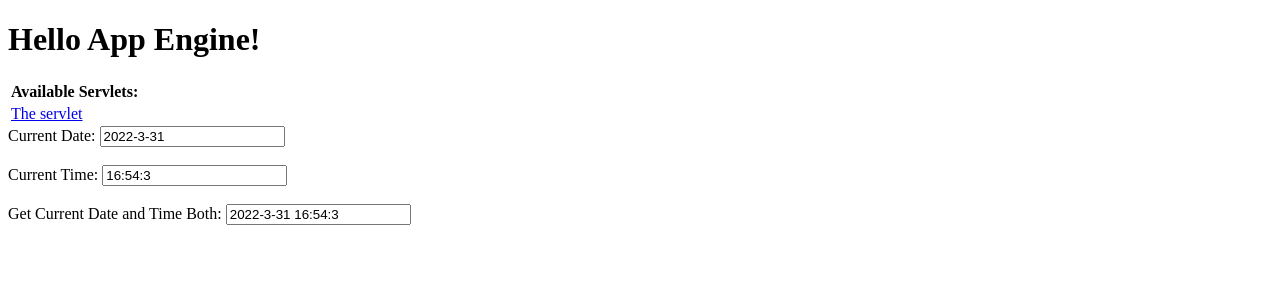
Repository: rishabparekh14/Servlet_GAE
Page: Clock/src/main/webapp/index.html
An editor plug-in stored every save of this project. The page is shown before and after the next save, followed by the edit.
The browser window is 1280 px wide. The pictures show the whole page.

Above is the page before, as saved 2022-03-31 22:28:51.

### Clock/src/main/webapp/index.html
<!DOCTYPE html>
<html xmlns="http://www.w3.org/1999/xhtml" lang="en">
  <head>
    <meta http-equiv="content-type" content="application/xhtml+xml; charset=UTF-8" />
    <title>Hello App Engine</title>
  </head>

  <body>
    <h1>Hello App Engine!</h1>

    <table>
      <tr>
        <td colspan="2" style="font-weight:bold;">Available Servlets:</td>
      </tr>
      <tr>
        <td><a href='/hello'>The servlet</a></td>
      </tr>
    </table>
Current Date:
<input type="text" id="currentDate">
<br><br>
<script>
  var today = new Date();
  var date = today.getFullYear()+'-'+(today.getMonth()+1)+'-'+today.getDate();
  document.getElementById("currentDate").value = date;
</script>
<!-- Current Time -->
	Current Time:
	<input type="text" id="currentTime">
	<br><br>

	<script>
	var today = new Date();
	var time = today.getHours() + ":" + today.getMinutes() + ":" + today.getSeconds();
	  document.getElementById("currentTime").value = time;
	</script>
	<!-- Current Date and Time -->

	Get Current Date and Time Both:
	<input type="text" id="currentDateTime">
	<br><br>
	<script>
	  var today = new Date();
	var date = today.getFullYear()+'-'+(today.getMonth()+1)+'-'+today.getDate();
	var time = today.getHours() + ":" + today.getMinutes() + ":" + today.getSeconds();
	var dateTime = date+' '+time;
	  document.getElementById("currentDateTime").value = dateTime;
	</script>
  </body>
</html>

After the next save:
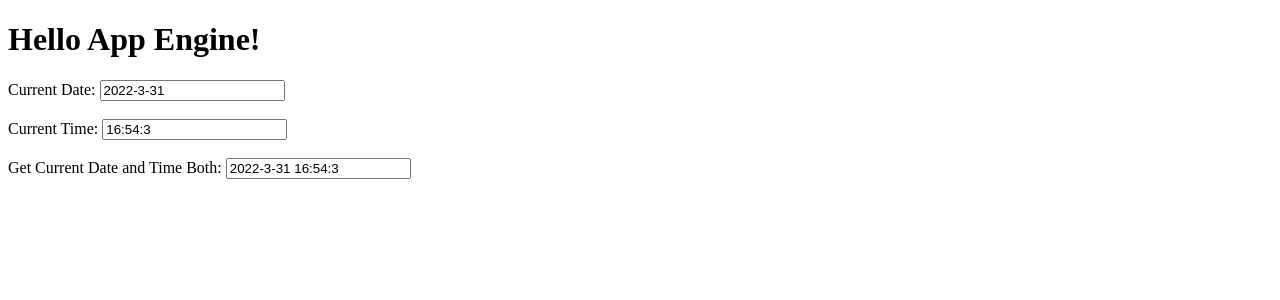
Saved 14 s later.
--- a/Clock/src/main/webapp/index.html
+++ b/Clock/src/main/webapp/index.html
@@ -8,14 +8,7 @@
   <body>
     <h1>Hello App Engine!</h1>
 
-    <table>
-      <tr>
-        <td colspan="2" style="font-weight:bold;">Available Servlets:</td>
-      </tr>
-      <tr>
-        <td><a href='/hello'>The servlet</a></td>
-      </tr>
-    </table>
+
 Current Date:
 <input type="text" id="currentDate">
 <br><br>
